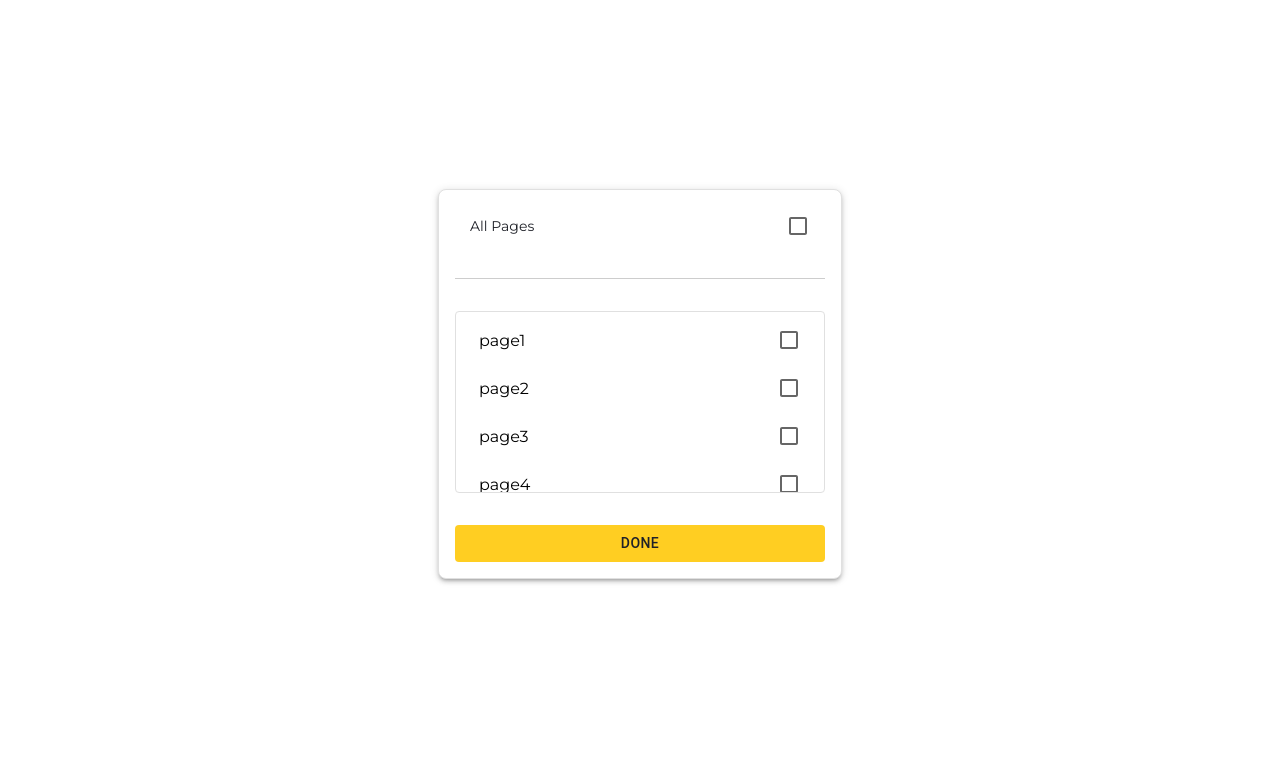
Repository: Tabishhaider72/Ellty-Test
Page: /
An editor plug-in stored every save of this project. The page is shown before and after the next save, followed by the edit.
The browser window is 1280 px wide. The pictures show the whole page.
The project was rebuilt for these pictures with package versions that can differ from the ones it lists, and the page was loaded fresh each time. Also part of the build but not shown: vite.config.js, src/index.css.

Above is the page before, as saved 2024-08-28 15:47:19.

After the next save:
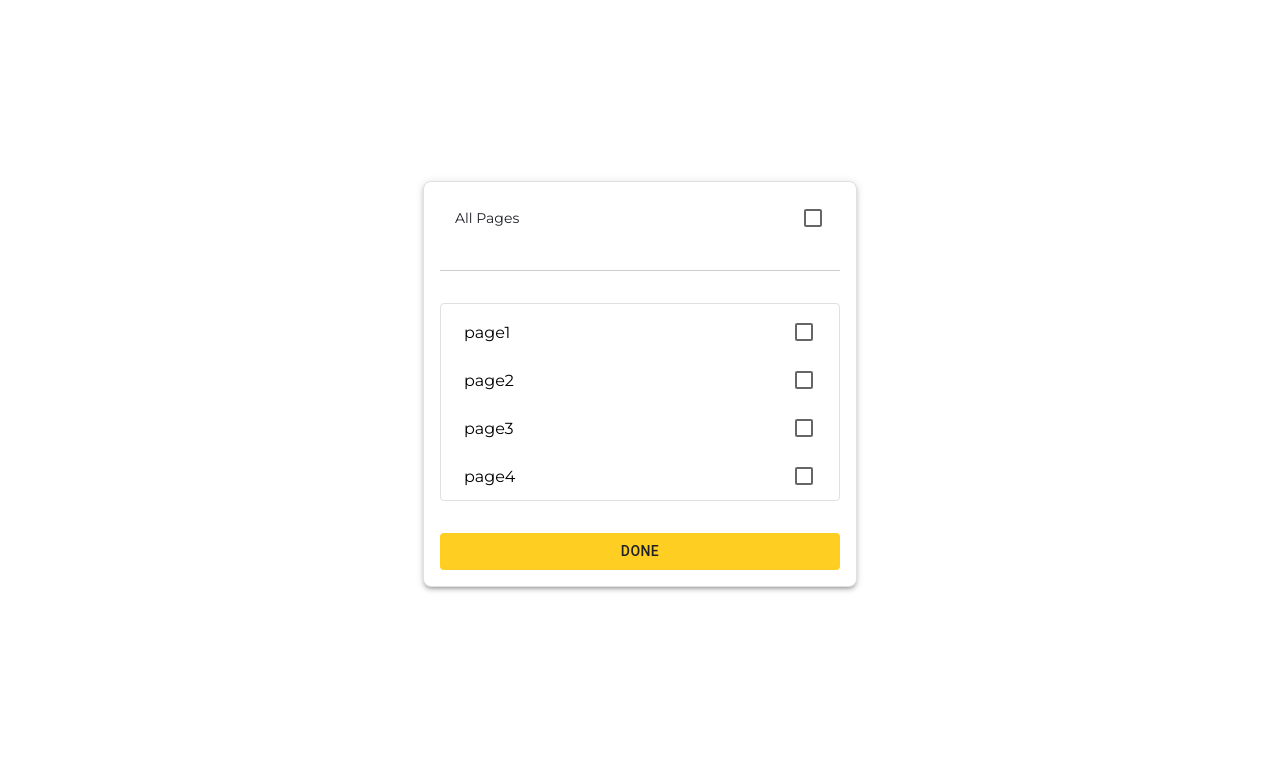
Saved 6 min 18 s later.
--- a/src/App.jsx
+++ b/src/App.jsx
@@ -44,7 +44,7 @@ function PageSelector() {
     >
       <Box
         sx={{
-          width: 370,
+          width: 400, // Increased width
           backgroundColor: 'white',
           border: '1px solid',
           borderColor: 'grey.300',
@@ -91,7 +91,7 @@ function PageSelector() {
         <Box
           sx={{
             overflowY: 'auto',
-            height: 164,
+            height: 180, // Increased height
             mb: 2,
             border: '1px solid',
             borderColor: 'grey.300',
